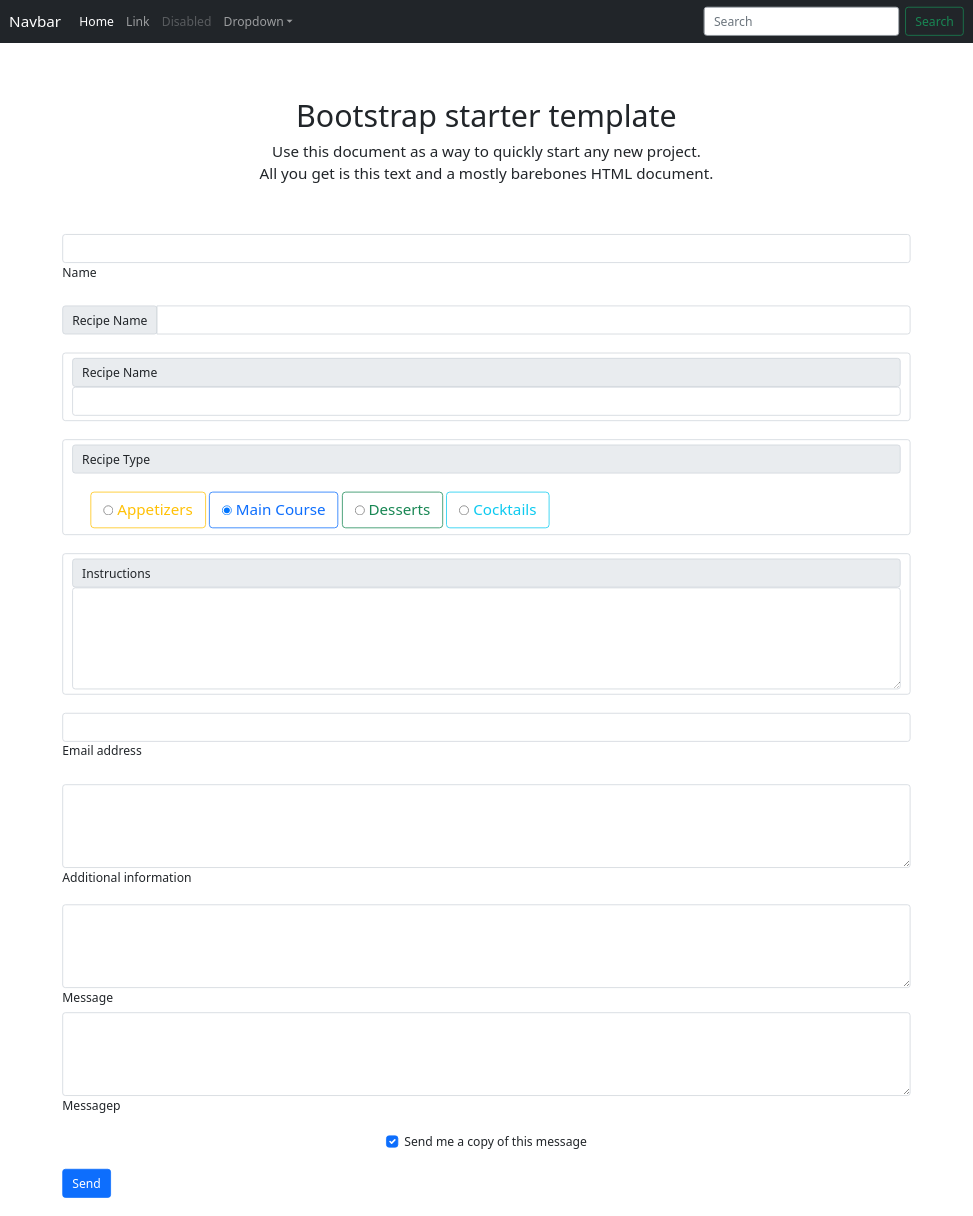
Repository: jerrywthompson/createRecipeWebpageHTML
Page: index.html
The author's editor kept a copy of each file at every save. The page is drawn from the files as they stood at one save, then again after the next save.
The browser window is 1280 px wide. The pictures show the whole page, at 76% of full size.

Above is the page before, as saved 2021-02-23 22:20:57.

After the next save:
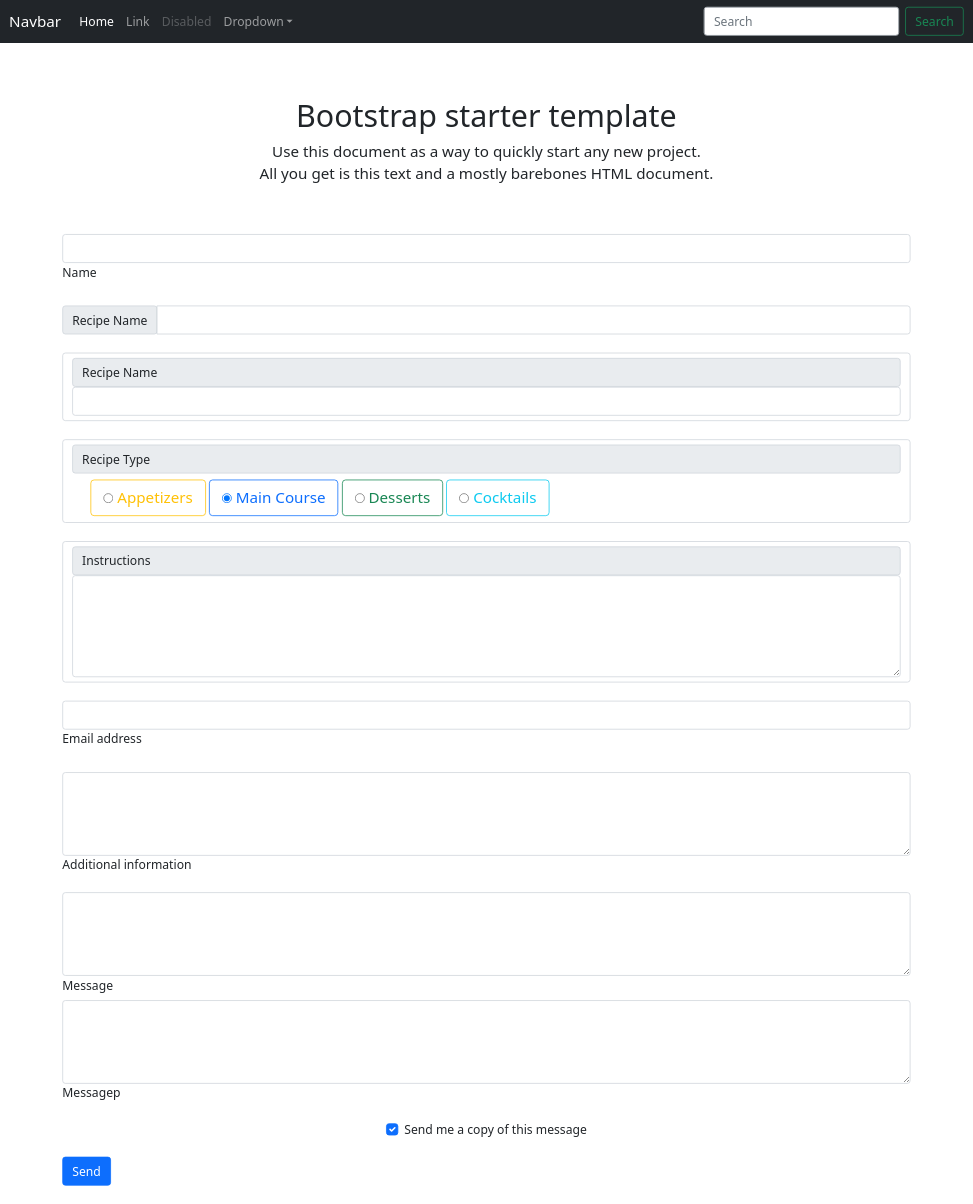
Saved 25 s later.
--- a/index.html
+++ b/index.html
@@ -104,7 +104,7 @@
                         </div>
 
                         <div class="form-control mb-4">
-                            <div class="input-group-prepend mb-4">
+                            <div class="input-group-prepend mb-2">
                                 <span class="input-group-text" id="inputGroup-sizing-default">Recipe Type</span>
                             </div>
                             <div class="form-check">
